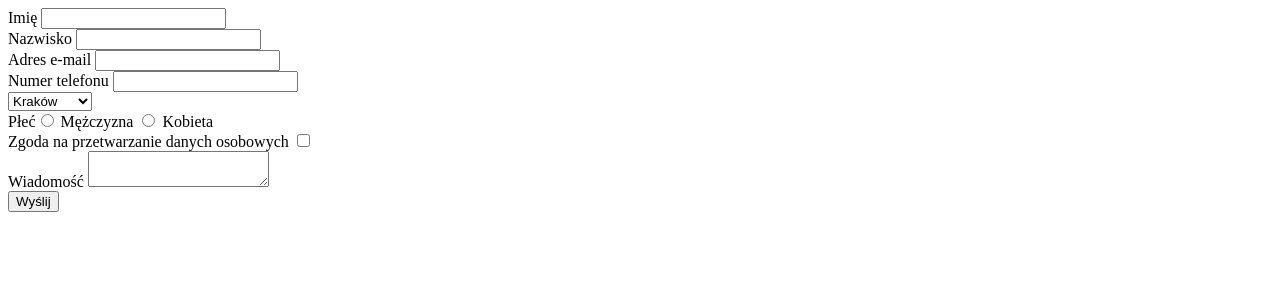
Repository: magdaf41/magdaf41.github.io
Page: zadania-domowe/HTML/zadanie_1/index.html
The author's editor kept a copy of each file at every save. The page is drawn from the files as they stood at one save, then again after the next save.
The browser window is 1280 px wide. The pictures show the whole page.

Above is the page before, as saved 2020-08-13 09:49:48.

After the next save:
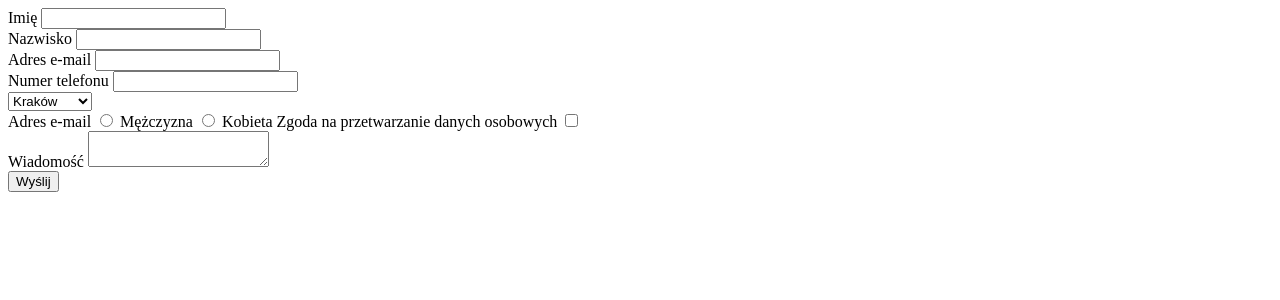
Saved 4 min 31 s later.
--- a/zadania-domowe/HTML/zadanie_1/index.html
+++ b/zadania-domowe/HTML/zadanie_1/index.html
@@ -28,9 +28,10 @@
             <option value="Gdańsk">Gdańsk</option>
         </select> <br>
 
-        <label>Płeć<input type="radio" name="gender"> Mężczyzna
-            <input type="radio" name="gender"> Kobieta
-        </label> <br>
+        <label for="email">Adres e-mail</label>
+        <input type="radio" name="gender" class="gender"> Mężczyzna
+        <input type="radio" name="gender" class="gender"> Kobieta
+
 
         <label for="agreement">Zgoda na przetwarzanie danych osobowych</label>
         <input type="checkbox" name="agreement" id="agreement"><br>
